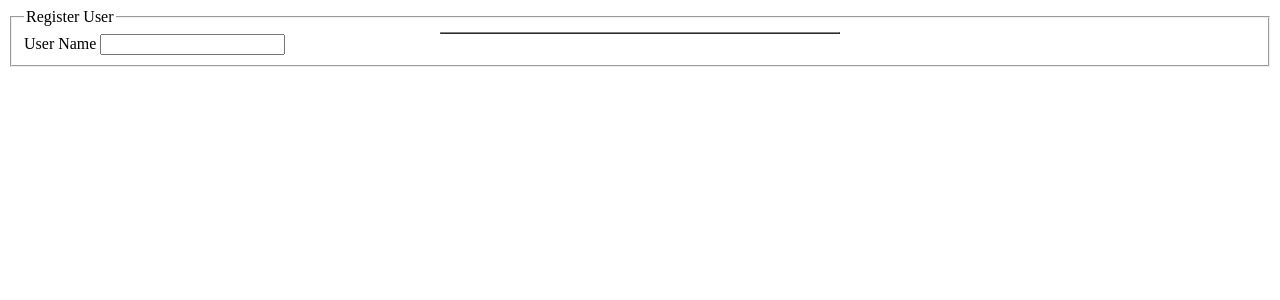
Repository: rcpanda15594/JavaScript_Project
Page: HTMLJAVASCRIPT/WebContent/NewFile.html
These files come from the project's save history. The page is drawn as it stood at one moment and after the next save; the edit follows.
The browser window is 1280 px wide. The pictures show the whole page.

Above is the page before, as saved 2018-03-21 04:03:06.

### HTMLJAVASCRIPT/WebContent/NewFile.html
<!DOCTYPE html>
<html>
<head>
<title>Input Demo</title>
<script >
function RegisterClick(){
document.getElementById("details").style.display="block";
document.getElementById("register").style.display="none";
username=document.getElementById("txtName").value;
age=document.getElementById("txtAge").value;
dob=document.getElementById("txtDob").value;
city=document.getElementById("txtCity").value;
male=document.getElementById("optMale").value;
female=document.getElementById("optFemale").value;

if(male.checked){
	gender=male.value

}if(female.checked){
	gender=female.value
}//if
    document.getElementById("username").innerHTML=username;
	document.getElementById("age").innerHTML=age;
	document.getElementById("dob").innerHTML=dob;
	document.getElementById("city").innerHTML=city;
	document.getElementById("gender").innerHTML=gender;

}//function
</script>
</head>
<body>
<div>
<form >
<fieldset id="register">
<legend>Register User</legend>
<table width="400" align="center" border="1"></table>
<tr>
<td>User Name</td>
<td><input type="text" id="txtname"></td>
</tr>
</fieldset>

</form>
</div>
</body>
</html>

After the next save:
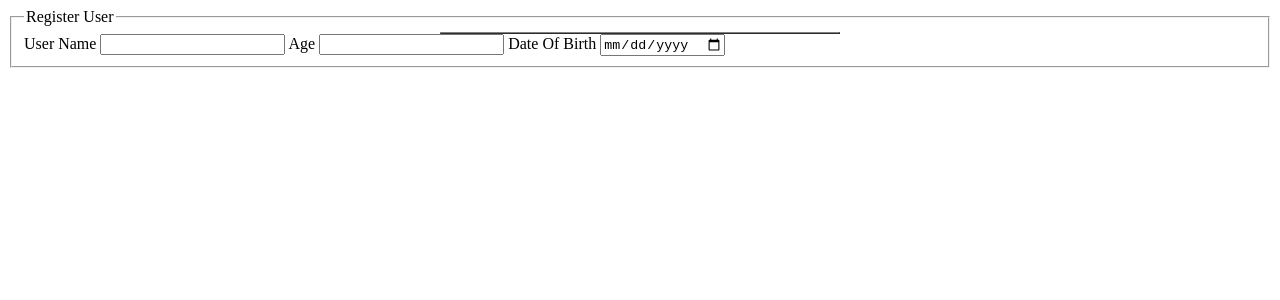
Saved 31 min 3 s later.
--- a/HTMLJAVASCRIPT/WebContent/NewFile.html
+++ b/HTMLJAVASCRIPT/WebContent/NewFile.html
@@ -38,6 +38,16 @@ if(male.checked){
 <td>User Name</td>
 <td><input type="text" id="txtname"></td>
 </tr>
+
+<tr>
+<td>Age</td>
+<td><input type="number" id="txtAge" ></td>
+</tr>
+<tr>
+<td>Date Of Birth</td>
+<td><input type="date" id="txtDob"></td>
+</tr>
+
 </fieldset>
 
 </form>
